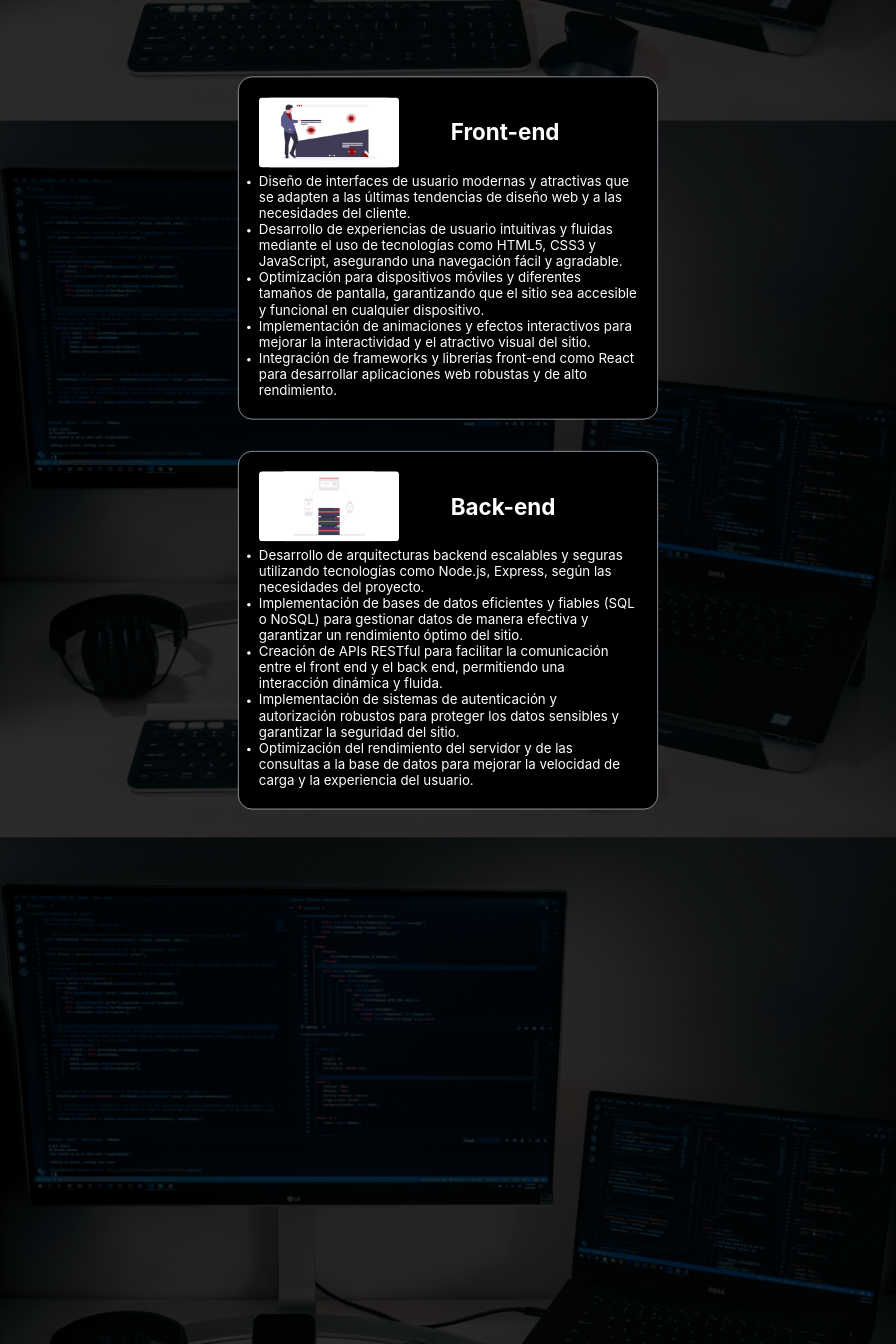
Repository: DamianBermudez94/DB-Porfolio
Page: /
An editor plug-in stored every save of this project. The page is shown before and after the next save, followed by the edit.
The browser window is 1280 px wide. The pictures show the part of the page from y = 1876 to 3796 px (the page is 5411 px tall before and 5494 px after), at 70% of full size.
Backgrounds fixed to the window are drawn as part of the page. Some web libraries are served in a nearby version. The project was rebuilt for these pictures with package versions that can differ from the ones it lists, and the page was loaded fresh each time. Also part of the build but not shown: vite.config.js, src/components/Conocimientos/styles.css, src/components/Conocimientos/Conocimientos.jsx, src/pages/AcerdaDe.jsx, src/components/Contacto/styles.css, src/components/Contacto/Contact.jsx, src/pages/contacto.jsx, src/data/trabajos.js and 4 more.

Above is the page before, as saved 2024-04-02 09:59:05.

After the next save:
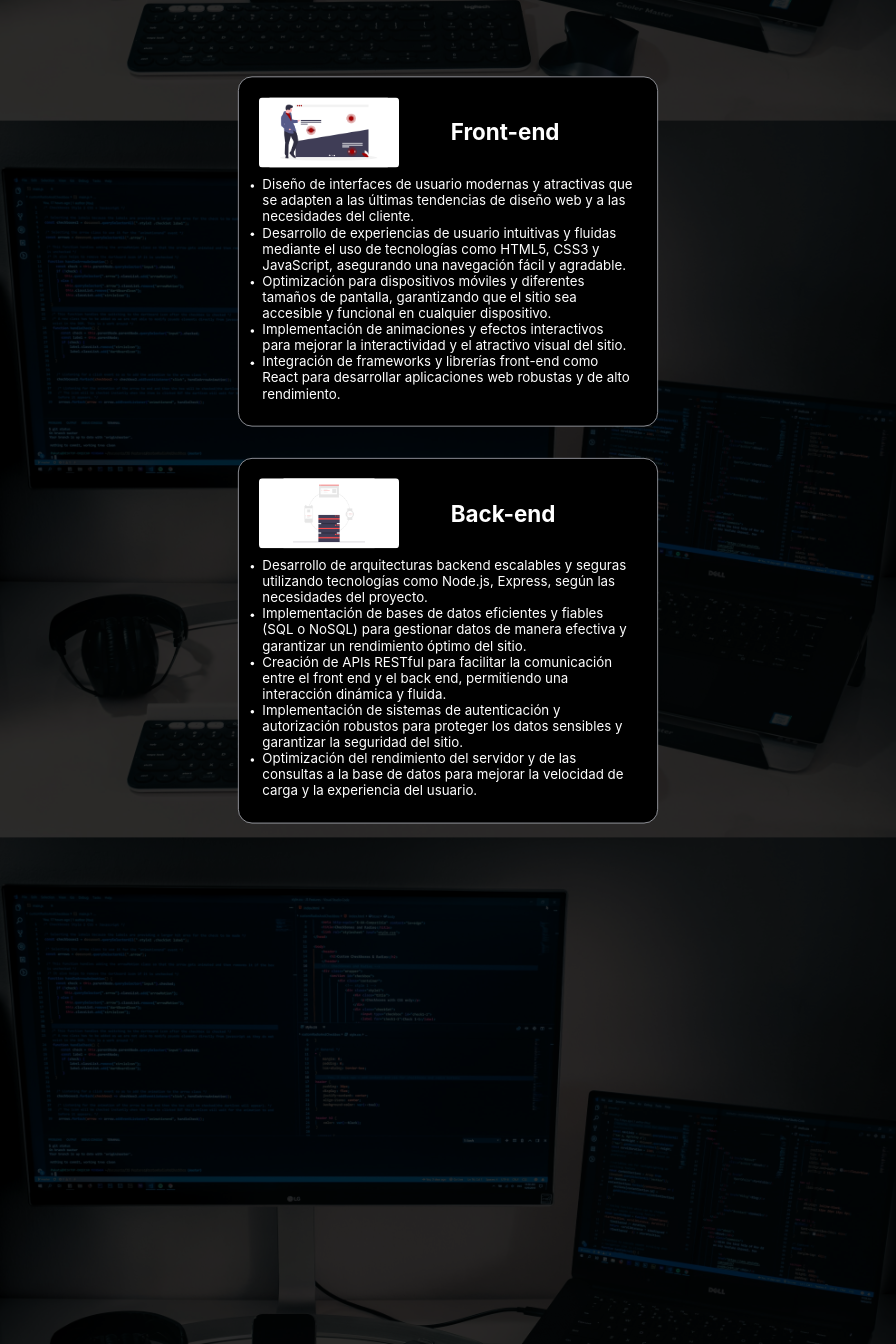
Saved 20 s later.
--- a/src/components/Servicios/styles.css
+++ b/src/components/Servicios/styles.css
@@ -70,9 +70,10 @@
 .card-details ul {
   grid-column: span 2;
   margin: 0 auto;
+  padding: 5px;
 }
 .card-details ul li p {
-font-size: 19px;
+  font-size: 19px;
 }
 
 .card:hover {
